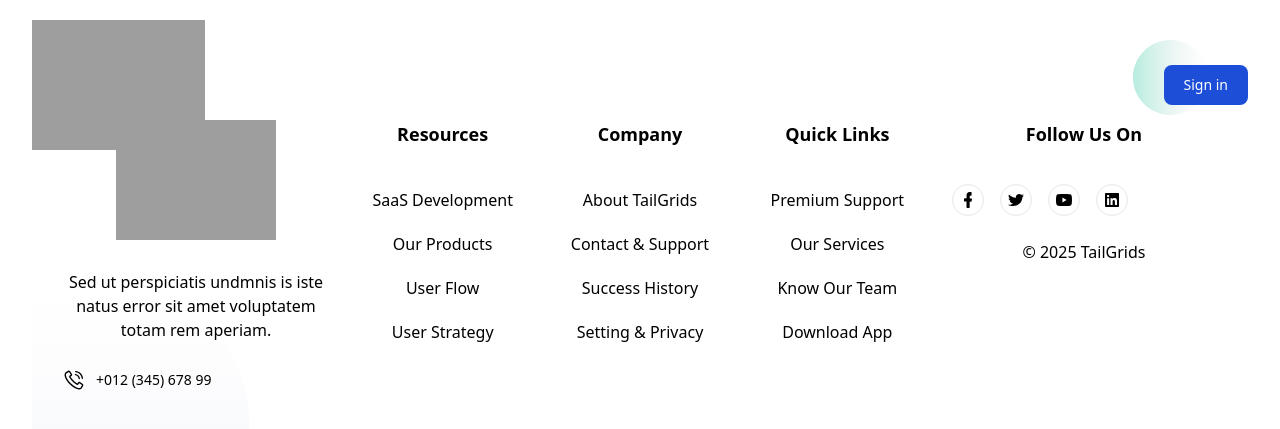
Repository: sayanroychaudhuri/React-One-Page-Ecommerce-Product-List
Page: /
An editor plug-in stored every save of this project. The page is shown before and after the next save, followed by the edit.
The browser window is 1280 px wide. The pictures show the whole page.
Pictures or frames that could not be fetched are drawn as grey boxes. The page's requests for data from a server got no answer. The project was rebuilt for these pictures with package versions that can differ from the ones it lists, and the page was loaded fresh each time. No one was signed in, and anything a server would have sent is missing.

Above is the page before, as saved 2024-02-01 20:25:14.

After the next save:
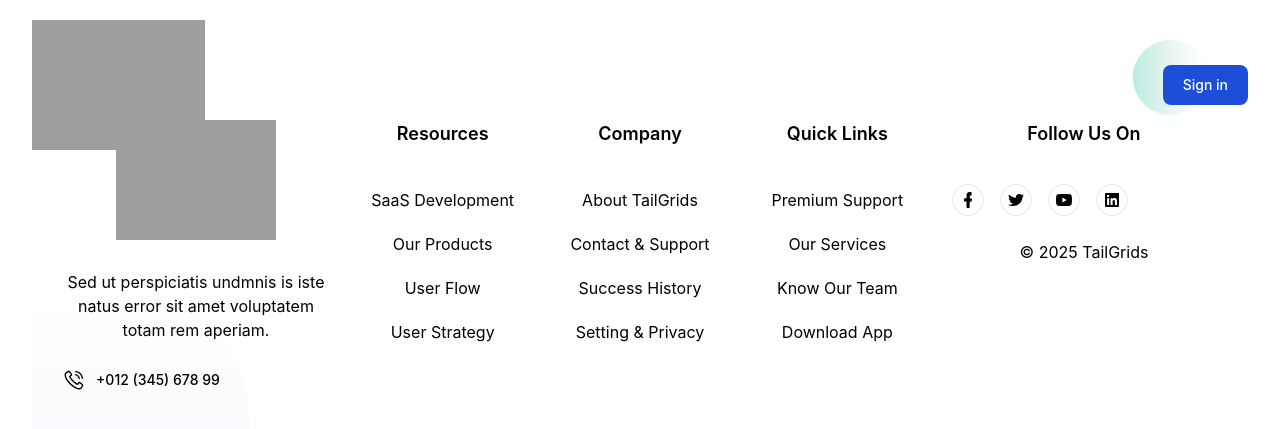
Saved 9 s later.
--- a/src/index.css
+++ b/src/index.css
@@ -2,6 +2,19 @@
 @tailwind components;
 @tailwind utilities;
 
+body {
+  margin: 0;
+  font-family: -apple-system, BlinkMacSystemFont, 'Segoe UI', 'Roboto', 'Oxygen',
+    'Ubuntu', 'Cantarell', 'Fira Sans', 'Droid Sans', 'Helvetica Neue',
+    sans-serif;
+  -webkit-font-smoothing: antialiased;
+  -moz-osx-font-smoothing: grayscale;
+}
+
+code {
+  font-family: source-code-pro, Menlo, Monaco, Consolas, 'Courier New',
+    monospace;
+}
 .image-holder {
   position: relative;
 }
